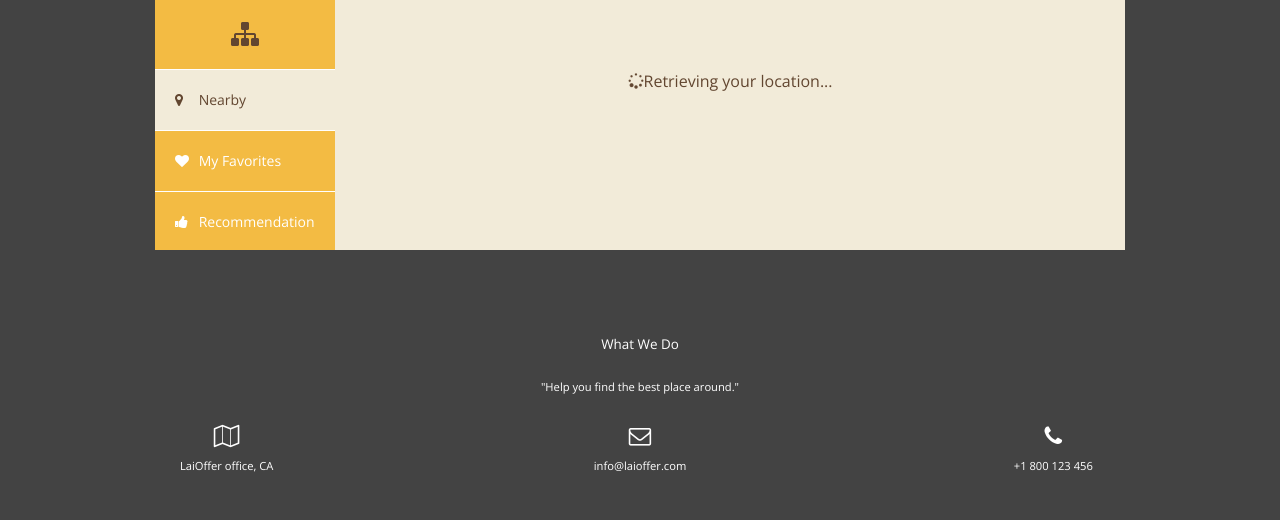
Repository: halonahan/Recommendation-Resful-Server
Page: http://localhost/Titan_Project/
These files come from the project's save history. The page is drawn as it stood at one moment and after the next save; the edit follows.
The browser window is 1280 px wide. The pictures show the part of the page from y = 310 to 830 px (the page is 830 px tall).
Pictures or frames that could not be fetched are drawn as grey boxes. The page is served by Tomcat 9.

Above is the page before, as saved 2017-10-24 23:28:14.

### Titan_Project/WebContent/index.html
<!DOCTYPE html>
<html>
<head>
	<meta charset="UTF-8">
	<title>Item Recommendation </title>
	<link rel="stylesheet" type="text/css" href="https://maxcdn.bootstrapcdn.com/font-awesome/4.7.0/css/font-awesome.min.css">
	<link rel="stylesheet" type="text/css" href="https://fonts.googleapis.com/css?family=Open+Sans:400,300,700">
	<link rel="stylesheet" type="text/css" href="https://maxcdn.bootstrapcdn.com/bootstrap/3.3.7/css/bootstrap.min.css">

	<link rel="stylesheet" type="text/css" href="css/style.css">
</head>
<body>
  <nav role="navigation" class="navbar navbar-custom navbar-fixed-top">
    <div class="container-fluid">

      <div class="navbar-header">
        <a class="navbar-brand">RECOMMANDY</a>
        <button type="button" class="navbar-toggle" data-target="#navbarCollapse" data-toggle="collapse">
          <span class="sr-only">Toggle navigation</span>
          <span class="icon-bar"></span>
          <span class="icon-bar"></span>
          <span class="icon-bar"></span>
        </button>
      </div>

      <div class="navbar-collapse collapse" id="navbarCollapse">
        <ul class="nav navbar-nav">
          <li class="active"><a href="#">Home</a></li>
          <li><a href="#">About</a></li>
          <li><a href="#">Contact</a></li>
        </ul>

        <ul class="nav navbar-nav navbar-right">
          <li><a href="#loginModal" id="login" data-toggle="modal">Login</a></li>
        </ul>
      </div>

    </div>
  </nav>

  <div class="container">
    <header>
      <p>
        <span>Item</span>
        <br /> Recommendation
      </p>
    </header>

    <section class="main-section">

      <aside id="item-nav">
        <div class="nav-icon">
          <i class="fa fa-sitemap fa-2x"></i>
        </div>
        <nav class="main-nav">
          <a href="#" id="nearby-btn" class="main-nav-btn active">
            <i class="fa fa-map-marker"></i> Nearby
          </a>
          <a href="#" id="fav-btn" class="main-nav-btn">
            <i class="fa fa-heart"></i> My Favorites
          </a>
          <a href="#" id="recommend-btn" class="main-nav-btn">
            <i class="fa fa-thumbs-up"></i> Recommendation
          </a>
        </nav>
      </aside>

      <ul id="item-list">
        <li class="item">
          <img alt="item image" src="https://s3-media3.fl.yelpcdn.com/bphoto/EmBj4qlyQaGd9Q4oXEhEeQ/ms.jpg" />
          <div>
            <a class="item-name" href="#">Item</a>
            <p class="item-category">Vegetarian</p>
            <div class="stars">
              <i class="fa fa-star"></i>
              <i class="fa fa-star"></i>
              <i class="fa fa-star"></i>
            </div>
          </div>
          <p class="item-address">699 Calderon Ave<br/>Mountain View<br/> CA</p>
          <div class="fav-link">
            <i class="fa fa-heart"></i>
          </div>
        </li>
      </ul>
    </section>
  </div>

  <footer>
    <p class="title">What We Do</p>
    <p>"Help you find the best place around."</p>
    <ul>
      <li>
        <p><i class="fa fa-map-o fa-2x"></i></p>
        <p>LaiOffer office, CA</p>
      </li>
      <li>
        <p><i class="fa fa-envelope-o fa-2x"></i></p>
        <p>info@laioffer.com</p>
      </li>
      <li>
        <p><i class="fa fa-phone fa-2x"></i></p>
        <p>+1 800 123 456</p>
      </li>
    </ul>
  </footer>



  	<div class="modal" id="loginModal" role="dialog">
  		<div class="modal-dialog">
  			<div class="modal-content">
  				<div class="modal-header">
  					<button class="close" data-dismiss="modal">
  						&times;
  					</button>
  					<h4 id="myModalLabel">Login</h4>
  				</div>
  				<div class="modal-body">
  					<div id="loginmessage"></div>
  					<div class="form-group">
  						<label for="username" class="sr-only">Username:</label>
  						<input class="form-control" type="text" name="username" placeholder="Username" maxlength="30" id="username">
  					</div>
  					<div class="form-group">
  						<label for="password" class="sr-only">Password:</label>
  						<input class="form-control" type="password" name="password" placeholder="Password" maxlength="30" id="password">
  					</div>
  				</div>

	  			<div class="modal-footer">
	              <input class="btn btn-success" type="submit" name="login" value="Login" id="submit-login">
	              <button type="button" class="btn btn-default" data-dismiss="modal">Cancle</button>
	            </div>
  			</div>
  		</div>
  	</div>





  <script
  src="https://code.jquery.com/jquery-2.2.4.min.js"
  integrity="sha256-BbhdlvQf/xTY9gja0Dq3HiwQF8LaCRTXxZKRutelT44="
  crossorigin="anonymous"></script>
  <script type="text/javascript" src="https://maxcdn.bootstrapcdn.com/bootstrap/3.3.7/js/bootstrap.min.js"></script>
  <script type="text/javascript" src="scripts/main.js"></script>
</body>
</html>

### Titan_Project/WebContent/css/style.css

* {
  box-sizing: border-box;
  margin:     0;
  padding:    0;
}

body {
  background:  #434343;
  color:       #FFFFFF;
  font-family: 'Open Sans', sans-serif;
  font-weight: 300;
  font-size:   1.4em;
}
#myModalLabel {
	color:#777;
}
#item-list .notice {
	font-size: 16px;
	padding: 60px;
	text-align: center;
}
ul {
  list-style: none;
}



.navbar-custom {
  background-color: #df574b;
  border:none;
  box-shadow:  0px 2px 10px #333333;
}
.navbar-custom .navbar-brand {
  color: #f8f8f8;
}
.navbar-custom .navbar-brand:hover,
.navbar-custom .navbar-brand:focus {
  color: #dfdfdf;
  background-color: transparent;
}
.navbar-custom .navbar-text {
  color: #f8f8f8;
}
.navbar-custom .navbar-nav > li > a {
  color: #f8f8f8;
}
.navbar-custom .navbar-nav > li > a:hover,
.navbar-custom .navbar-nav > li > a:focus {
  color: #ffffff;
  background-color: transparent;
}
.navbar-custom .navbar-nav > .active > a,
.navbar-custom .navbar-nav > .active > a:hover,
.navbar-custom .navbar-nav > .active > a:focus {
  color: #ffffff;
  background-color: #da3d2f;
}
.navbar-custom .navbar-nav > .disabled > a,
.navbar-custom .navbar-nav > .disabled > a:hover,
.navbar-custom .navbar-nav > .disabled > a:focus {
  color: #cccccc;
  background-color: transparent;
}

.navbar-custom .navbar-toggle
 {
  border-color: #f8f8f8;
}
.navbar-custom .navbar-toggle:hover {
  background-color: rgba(218, 61, 47, 0.5);
  border-color: #d1cfcf;
}
.navbar-custom .navbar-toggle .icon-bar {
  background-color: #f8f8f8;
}
.navbar-custom .navbar-toggle:hover >.icon-bar {
  background-color: #d1cfcf;
}


.navbar-custom .navbar-collapse,
.navbar-custom .navbar-form {
  border-color: #da3b2d;
}
.navbar-custom .navbar-nav > .dropdown > a:hover .caret,
.navbar-custom .navbar-nav > .dropdown > a:focus .caret {
  border-top-color: #ffffff;
  border-bottom-color: #ffffff;
}
.navbar-custom .navbar-nav > .open > a,
.navbar-custom .navbar-nav > .open > a:hover,
.navbar-custom .navbar-nav > .open > a:focus {
  background-color: #da3d2f;
  color: #ffffff;
}
.navbar-custom .navbar-nav > .open > a .caret,
.navbar-custom .navbar-nav > .open > a:hover .caret,
.navbar-custom .navbar-nav > .open > a:focus .caret {
  border-top-color: #ffffff;
  border-bottom-color: #ffffff;
}
.navbar-custom .navbar-nav > .dropdown > a .caret {
  border-top-color: #f8f8f8;
  border-bottom-color: #f8f8f8;
}
@media (max-width: 767) {
  .navbar-custom .navbar-nav .open .dropdown-menu > li > a {
    color: #f8f8f8;
  }
  .navbar-custom .navbar-nav .open .dropdown-menu > li > a:hover,
  .navbar-custom .navbar-nav .open .dropdown-menu > li > a:focus {
    color: #ffffff;
    background-color: transparent;
  }
  .navbar-custom .navbar-nav .open .dropdown-menu > .active > a,
  .navbar-custom .navbar-nav .open .dropdown-menu > .active > a:hover,
  .navbar-custom .navbar-nav .open .dropdown-menu > .active > a:focus {
    color: #ffffff;
    background-color: #da3d2f;
  }
  .navbar-custom .navbar-nav .open .dropdown-menu > .disabled > a,
  .navbar-custom .navbar-nav .open .dropdown-menu > .disabled > a:hover,
  .navbar-custom .navbar-nav .open .dropdown-menu > .disabled > a:focus {
    color: #cccccc;
    background-color: transparent;
  }
}
.navbar-custom .navbar-link {
  color: #f8f8f8;
}
.navbar-custom .navbar-link:hover {
  color: #ffffff;
}


.container {
  top:60px;
  margin:    60px auto;
  max-width: 1000px;
  min-width: 600px;
}
.container > header {
  align-items:     center;
  background:      url('http://prophoto.com.cy/wp-content/galleries/food/food-restaurant-photographer-cyprus-10.jpg') no-repeat 50% 50%;
  background-size: 100%;
  display:         flex;
  height:          250px;
}

.container > header p {
  border-left:  1px solid #FFFFFF;
  font-weight:  400;
  font-size:    2em;
  line-height:  1em;
  margin-left:  220px;
  padding-left: 5px;
}

.container > header span {
  color: #FBAF41;
}

.main-section {
  background: #F3BB43;
}
#item-nav {
  display: block;
  float: left;
  width: 180px;
}

.nav-icon {
  color:      #624630;
  padding:    20px;
  text-align: center;
}
.main-nav-btn {
  border-top:      1px solid #FFFFFF;
  color:           #FFFFFF;
  display:         block;
  padding:         20px;
  text-align:      left;
  text-decoration: none;
}

.main-nav-btn:hover {
  background: rgba(255, 255, 255, 0.8);
  color:      #624630;
}

.main-nav-btn.active {
  background: #F2EBD9;
  color:      #624630;
}

.main-nav-btn i {
  width: 20px;
}

#item-list {
  background:  #F2EBD9;
  color:       #624630;
  display:     block;
  list-style:  none;
  margin-left: 180px;
  min-height:  250px;
  padding:     10px;
}
.item {
  align-items:   center;
  border-bottom: 1px solid #FFFFFF;
  display:       flex;
  margin:        10px;
  padding:       15px;
}

.item:last-child {
  border: none;
}

.item:hover {
  background: rgba(255, 255, 255, 0.8);
}

.item img {
  border: 1px solid #FFFFFF;
  height: 80px;
  width:  80px;
}

.item > div:first-of-type {
  flex:         1;
  margin-left:  10px;
  margin-right: 10px;
}

.item-name {
  color:           #624630;
  font-weight:     400;
  text-decoration: none;
}

.item-name:hover {
  text-decoration: underline;
}

.item-address {
  line-height:   20px;
  padding-right: 20px;
  text-align:    right;
}

.stars {
  align-items: center;
  display:     flex;
  padding-top: 10px;
}

.fav-link {
  border-left: 1px solid #FFFFFF;
  cursor:      pointer;
  line-height: 60px;
  text-align:  center;
  width:       60px;
}

.fav-link:hover {
  color: #F13F3F;
}
footer {
  background: #434343;
  font-size:  0.8em;
  height:     200px;
  position:   relative;
}

footer p {
  text-align: center;
}

footer p.title {
  font-size: 1.2em;
  padding:   15px;
}

footer ul {
  align-items: center;
  display:     flex;
  padding:     20px;
}

footer ul li {
  flex: 1;
}

### Titan_Project/WebContent/scripts/main.js
(function() {

	var user_id = '1111';
	var lng = -122.08;
	var lat = 37.38;


	function $(tag, options) {
		if (!options) {
			return document.getElementById(tag);
		}
		var element = document.createElement(tag);
		for (var option in options) {
			if (options.hasOwnProperty(option)) {
				element[option] = options[option];
			}
		}
		return element;
	}
	function showLoadingMessage(msg) {
		var itemList = $('item-list');
		itemList.innerHTML = '<p class="notice"><i class="fa fa-spinner fa-spin"></i>' + msg + '</p>';

	}

	function showWarningMessage(msg) {
	    var itemList = $('item-list');
	    itemList.innerHTML = '<p class="notice"><i class="fa fa-exclamation-triangle"></i> ' + msg + '</p>';
	}

	function showErrorMessage(msg) {
		var itemList = $('item-list');
		itemList.innerHTML = '<p class="notice"><i class="fa fa-exclamation-circle"></i> ' + msg + '</p>';
	}

	function activeBtn(btnId) {
		var btns = document.getElementsByClassName('main-nav-btn');
		for (var i = 0; i < btns.length; i++) {
			btns[i].className = btns[i].className.replace(/\bactive\b/, '');
		}
		var btn = $(btnId);
		btn.className += ' active';
	}

	function  listItems(items) {
		var itemList = $('item-list');
		itemList.innerHTML = '';
		for (var i = 0; i < items.length; i++) {
			addItem(itemList, items[i]);
		}
	}
	function addItem(itemList, item) {
		var item_id = item.item_id;
		var li = $('li',{id: 'item-' + item_id, className: 'item'});
		li.dataset.item_id = item_id;
		li.dataset.favorite = item.favorite;
		if (item.image_url) {
			li.appendChild($('img', {src: item.image_url}));
		} else {
			li.appendChild($('img',
				{
					src:'https://assets-cdn.github.com/images/modules/logos_page/GitHub-Mark.png'
				}));
		}

		var section = $('div',{});
		var title = $('a', {href: item.url, target: '_blank', className: 'item-name'});
		title.innerHTML = item.name;
		section.appendChild(title);
		var category = $('p', {className: 'item-category'});
		category.innerHTML = 'Category: ' + item.categories.join(', ');
		section.appendChild(category);
		var stars = $('div', {className: 'stars'});
		for (var i = 0; i < item.rating; i++) {
			var star = $('i', {className: 'fa fa-star'});
			stars.appendChild(star);
		}
		if (('' + item.rating).match(/\.5$/)) {
			starts.appendChild($('i', {
				className: 'fa fa-star-half-o'
			}));

		}
		section.appendChild(stars);
		li.appendChild(section);
		var address = $('p', {className: 'item-address'});
		var addressHTML = item.address + "<br/>" + item.city;
		address.innerHTML = addressHTML;
		li.append(address);

		var favLink = $('p', {classNmae: 'fav-link'});
		favLink.onclick = function() {
			changeFavoriteItem(item_id);
		};
		favLink.appendChild($('i', {id:'fav-icon-' + item_id, className: item.favorite ? 'fa fa-heart' : 'fa fa-heart-o'}));
		li.appendChild(favLink);
		itemList.appendChild(li);
	}

	function initGeoLocation() {
		if (navigator.geolocation) {
			navigator.geolocation.getCurrentPosition(onPositionUpdate, onLoadPositionFailed, {
				maximumAge: 60000
			});
			showLoadingMessage('Retrieving your location...');
		} else {
			onLoadPositionFailed();
		}
	}

	function onPositionUpdate(position) {
		lat = position.coords.latitude;
		lon = position.coords.longitude;
		loadNearbyItems();
	}
	function onLoadPositionFailed() {
		console.warn('navigator.geolocation is not available');
		getLocationFromIP();
	}

	function getLocationFromIP() {
		var url = 'http://ipinfo.io/json';
		var req = null;
		ajax('GET', url, req, function(res) {
			var result = JSON.parse(res);
			if ('loc' in result) {
				var loc= result.loc.split(',');
				lat = loc[0];
				lng = loc[1];
			} else {
				console.warn('Getting location by IP failed.');

			}
			loadNearbyItems();
		});
	}

	function ajax(method, url, data, callback, errorHandler) {
		var xhr = new XMLHttpRequest();
		xhr.open(method, url, true);
		xhr.onload = function() {
			switch(xhr.status) {
				case 200:
					callback(xhr.responseText);
					break;
				case 401:
					errorHandler();
					break;
			}
		};
		xhr.onerror = function() {
			console.error("The request couldn't be completed.");
			errorHandler();
		}
		if (data === null) {
			xhr.send();
		} else {
			xhr.setRequestHeader("Content-Type", "application/json;charset=utf-8");
			xhr.send(data);
		}
	}

	function loadNearbyItems() {

		activeBtn('nearby-btn');
		var url = './search';
		var params = 'user_id=' + user_id + '&lat=' + lat + '&lon=' + lng;
		var req = JSON.stringify({});
		showLoadingMessage("Loading nearby items...");

		ajax('GET', url + '?' + params, req, function(res) {
			var items = JSON.parse(res);
			if (!items || items.length === 0) {
				showWarningMessage('No nearby item');
			} else {
				listItems(items);
			}
		}, function() {
			showErrorMessage('Can\'t load nearby items.');
		});
	}

	function loadFavoriteItems() {
		activeBtn('fav-btn');
		var url = './history';
		var params = 'user_id=' + user_id;
		var req = JSON.stringify({});
		showLoadingMessage('Loading favorite items...');
		ajax('GET', url + '?' + params, req, function(res) {
			var items = JSON.parse(res);
			if (!items || items.length === 0) {
				showWarningMessage('No favorite item.');
			} else {
				listItems(items);
			}
		}, function() {
			showErrorMessage('Can\'t load favorite items.');
		});
	}

	function loadRecommendedItems() {
		activeBtn('recommend-btn');
		var url ='./recommendation';
		var params = 'user_id=' +user_id + '&lat=' + lat + '&lon=' + lng;
		var req = JSON.stringify({});
		showLoadingMessage('Loading recommended items...');

		ajax(
				'GET',
				url + '?' + params,
				req,
				function(res) {
					var items = JSON.parse(res);
					if (!items || items.length === 0) {
						showWarningMessage('No recommended item. Make sure you have favorites.');
					} else {
						listItems(items);
					}
				}, function() {
					showErrorMessage('Cannot load recommended items.');

				}
		);
	}

	function changeFavoriteItem(item_id) {
		var li = $('item-' + item_id);
		var favIcon = $('fav-icon-' + item_id);
		var favorite = li.dataset.favorite !== 'true';
		var url = './history';
		var req = JSON.stringify({
			user_id: user_id,
			favorite: [item_id]
		});
		var method = favorite ? 'POST' : 'DELETE';
		ajax(method, url, req, function(res) {
			var result = JSON.parse(res);
			if (result.result === 'SUCCESS') {
				li.dataset.favorite = favorite;
				favIcon.className = favorite ? 'fa fa-heart' : 'fa fa-heart-o';
			}
		});
	}




	function init() {
		$('nearby-btn').addEventListener('click',loadNearbyItems);
		$('fav-btn').addEventListener('click', loadFavoriteItems);
		$('recommend-btn').addEventListener('click', loadRecommendedItems);
		$('submit-login').addEventListener('click', userLogin);
		initGeoLocation();

	}

	function userLogin() {


	}

	init();



})();

After the next save:
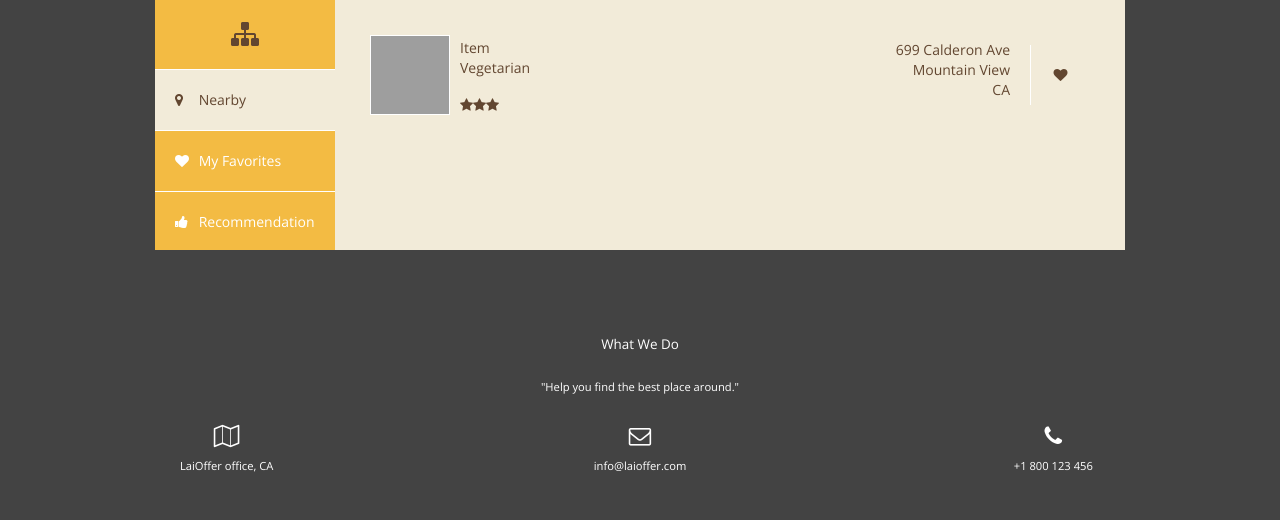
Console error: SyntaxError: Unexpected token '}'
Saved 5 s later.
--- a/Titan_Project/WebContent/scripts/main.js
+++ b/Titan_Project/WebContent/scripts/main.js
@@ -256,7 +256,7 @@
 
 	function userLogin() {
 
-
+		var username =
 	}
 
 	init();

After the save that followed:
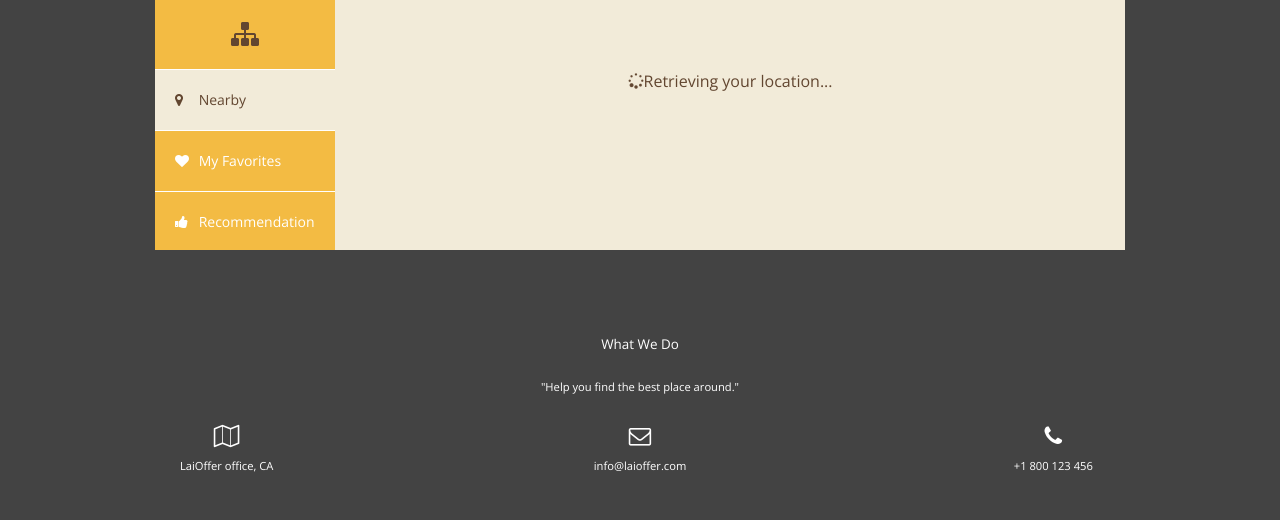
The error is gone.
Saved 4 s later.
--- a/Titan_Project/WebContent/scripts/main.js
+++ b/Titan_Project/WebContent/scripts/main.js
@@ -256,7 +256,7 @@
 
 	function userLogin() {
 
-		var username =
+		var username = $()
 	}
 
 	init();
